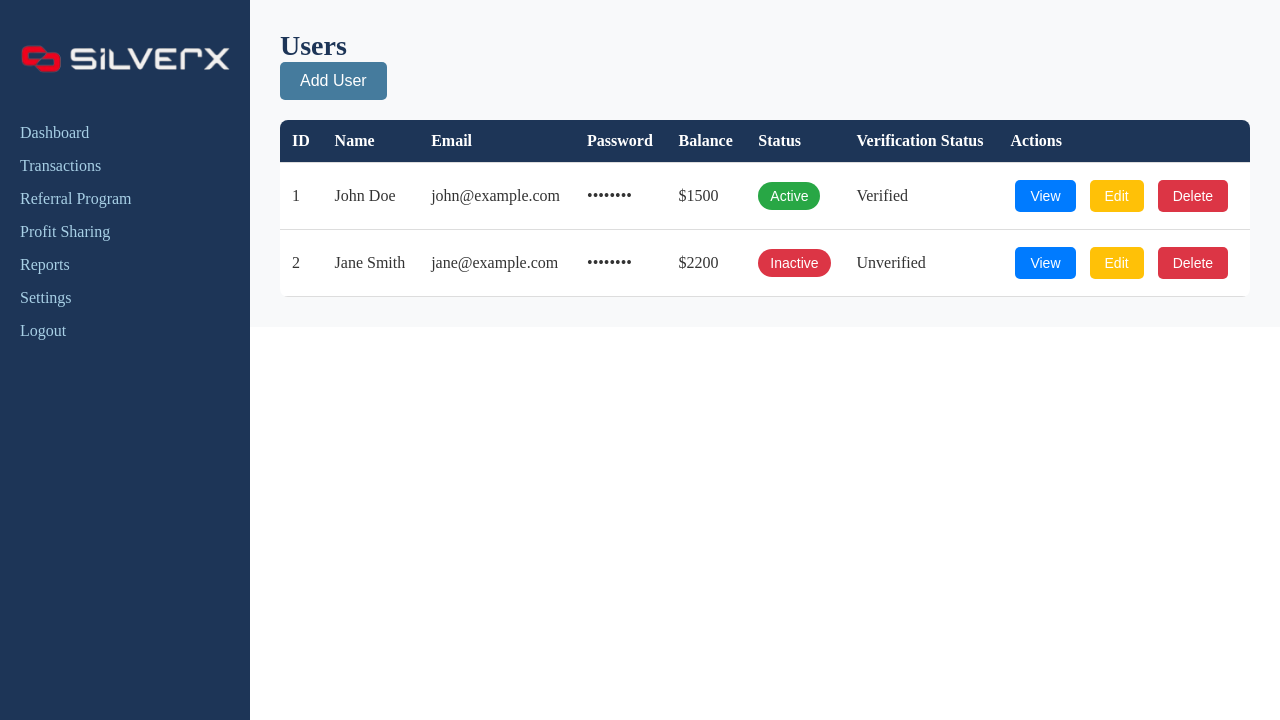
Repository: 2025silverx/slivedrX
Page: index.html
An editor plug-in stored every save of this project. The page is shown before and after the next save, followed by the edit.
The browser window is 1280 px wide. The pictures show the whole page.

Above is the page before, as saved 2025-01-19 21:02:49.

### index.html
<!DOCTYPE html>
<html lang="en">
<head>
    <meta charset="UTF-8">
    <meta name="viewport" content="width=device-width, initial-scale=1.0">
    <title>Admin Panel - Users</title>
    <link rel="stylesheet" href="style.css">
</head>
<body>
    <div id="sidebar-container">
        <div class="sidebar">
            <img src="images/logo.png" alt="Sidebar Logo" class="sidebar-logo">
            <ul class="sidebar-links">
                <li><a href="index.html" class="sidebar-link" data-target="dashboard">Dashboard</a></li>
                <li><a href="index2.html" class="sidebar-link" data-target="transactions">Transactions</a></li>
                <li><a href="indesx3.html" class="sidebar-link" data-target="reports">Referral Program</a></li>
                <li><a href="index4.html" class="sidebar-link" data-target="users">Profit Sharing</a></li>
                <li><a href="index5.html" class="sidebar-link" data-target="reports">Reports</a></li>
                <li><a href="setting.html" class="sidebar-link" data-target="settings">Settings</a></li>
                <li><a href="login.html" class="sidebar-link" data-target="logout">Logout</a></li>
            </ul>
        </div>
    </div>

    <div class="main-content">
        <h1>Users</h1>
        <button onclick="addUser()" class="add-user-btn">Add User</button>
        <table class="full-width-table">
            <thead>
                <tr>
                    <th>ID</th>
                    <th>Name</th>
                    <th>Email</th>
                    <th>Password</th>
                    <th>Balance</th>
                    <th>Status</th>
                    <th>Verification Status</th>
                    <th>Actions</th>
                </tr>
            </thead>
            <tbody id="userTable">
                <tr>
                    <td>1</td>
                    <td>John Doe</td>
                    <td>john@example.com</td>
                    <td>••••••••</td>
                    <td>$1500</td>
                    <td><button class="status-btn active" onclick="toggleStatus(this)">Active</button></td>
                    <td>Verified</td>
                    <td>
                        <button class="action-btn view" onclick="viewUser(1)">View</button>
                        <button class="action-btn edit" onclick="editUser(1)">Edit</button>
                        <button class="action-btn delete" onclick="deleteUser(1)">Delete</button>
                    </td>
                </tr>
                <tr>
                    <td>2</td>
                    <td>Jane Smith</td>
                    <td>jane@example.com</td>
                    <td>••••••••</td>
                    <td>$2200</td>
                    <td><button class="status-btn inactive" onclick="toggleStatus(this)">Inactive</button></td>
                    <td>Unverified</td>
                    <td>
                        <button class="action-btn view" onclick="viewUser(2)">View</button>
                        <button class="action-btn edit" onclick="editUser(2)">Edit</button>
                        <button class="action-btn delete" onclick="deleteUser(2)">Delete</button>
                    </td>
                </tr>
            </tbody>
        </table>

        <!-- Hidden Edit User Form -->
        <div id="edit-form-container" class="edit-form" style="display: none;">
            <h2>Edit User</h2>
            <form id="edit-form">
                <input type="text" id="edit-name" placeholder="Name" required>
                <input type="email" id="edit-email" placeholder="Email" required>
                <input type="text" id="edit-password" placeholder="Password" required>
                <input type="number" id="edit-balance" placeholder="Balance" required>
                <button type="submit">Save Changes</button>
                <button type="button" onclick="closeEditForm()">Cancel</button>
            </form>
        </div>
    </div>

    <script>
        function addUser() {
            alert('Add User button clicked.');
        }

        function viewUser(id) {
            alert(`Viewing details for User ID: ${id}`);
        }

        function editUser(id) {
            const name = document.getElementById('edit-name');
            const email = document.getElementById('edit-email');
            const password = document.getElementById('edit-password');
            const balance = document.getElementById('edit-balance');

            // Mock data for simplicity
            name.value = `User ${id}`;
            email.value = `user${id}@example.com`;
            password.value = 'examplePassword'; // Display the actual password
            balance.value = 1500;

            // Show the form
            document.getElementById('edit-form-container').style.display = 'block';
        }

        function deleteUser(id) {
            const confirmDelete = confirm(`Are you sure you want to delete User ID: ${id}?`);
            if (confirmDelete) {
                alert(`User ID: ${id} deleted.`);
            }
        }

        function toggleStatus(button) {
            if (button.classList.contains('active')) {
                button.classList.remove('active');
                button.classList.add('inactive');
                button.textContent = 'Inactive';
            } else {
                button.classList.remove('inactive');
                button.classList.add('active');
                button.textContent = 'Active';
            }
        }

        function closeEditForm() {
            document.getElementById('edit-form-container').style.display = 'none';
        }

        document.getElementById('edit-form').addEventListener('submit', function (event) {
            event.preventDefault();
            alert('Changes saved!');
            document.getElementById('edit-form-container').style.display = 'none';
        });
    </script>
</body>
</html>

### style.css
/* Reset some default styles */
* {
    margin: 0;
    padding: 0;
    box-sizing: border-box;
}

/* Sidebar styles */
#sidebar-container {
    width: 250px;
    height: 100vh;
    position: fixed;
    background-color: #1d3557; /* Bluish background */
    color: white;
    padding: 20px;
    display: flex;
    flex-direction: column;
    justify-content: space-between;
}

.sidebar-logo {
    width: 100%;
    margin-bottom: 30px;
}

.sidebar-links {
    list-style-type: none;
    padding: 0;
}

.sidebar-link {
    text-decoration: none;
    color: #a8d0e6; /* Lighter bluish text */
    font-size: 16px;
    display: block;
    margin-bottom: 15px;
    transition: 0.3s;
}

.sidebar-link:hover {
    color: #fff;
}

/* Main content styles */
.main-content {
    margin-left: 250px;
    padding: 30px;
    background-color: #f8f9fa;
}

h1 {
    font-size: 28px;
    color: #1d3557;
}

/* Add User Button Styles */
.add-user-btn {
    background-color: #457b9d;
    color: white;
    border: none;
    padding: 10px 20px;
    border-radius: 5px;
    font-size: 16px;
    cursor: pointer;
    transition: background-color 0.3s;
}

.add-user-btn:hover {
    background-color: #1d3557;
}

/* Table Styles */
table {
    width: 100%;
    border-collapse: collapse;
    margin-top: 20px;
    border-radius: 8px;
    overflow: hidden;
}

th, td {
    padding: 12px;
    text-align: left;
    border-bottom: 1px solid #ddd;
}

th {
    background-color: #1d3557;
    color: white;
}

td {
    background-color: #fff;
    color: #333;
}

/* Status button styles */
.status-btn {
    padding: 6px 12px;
    border-radius: 20px;
    color: white;
    font-size: 14px;
    cursor: pointer;
    border: none;
}

.status-btn.active {
    background-color: #28a745;
}

.status-btn.inactive {
    background-color: #dc3545;
}

/* Action button styles */
.action-btn {
    padding: 8px 15px;
    border: none;
    cursor: pointer;
    margin: 5px;
    border-radius: 5px;
    font-size: 14px;
}

.action-btn.view {
    background-color: #007bff;
    color: white;
}

.action-btn.edit {
    background-color: #ffc107;
    color: white;
}

.action-btn.delete {
    background-color: #dc3545;
    color: white;
}

.action-btn.show-password {
    background-color: #007bff;
    color: white;
}

After the next save:
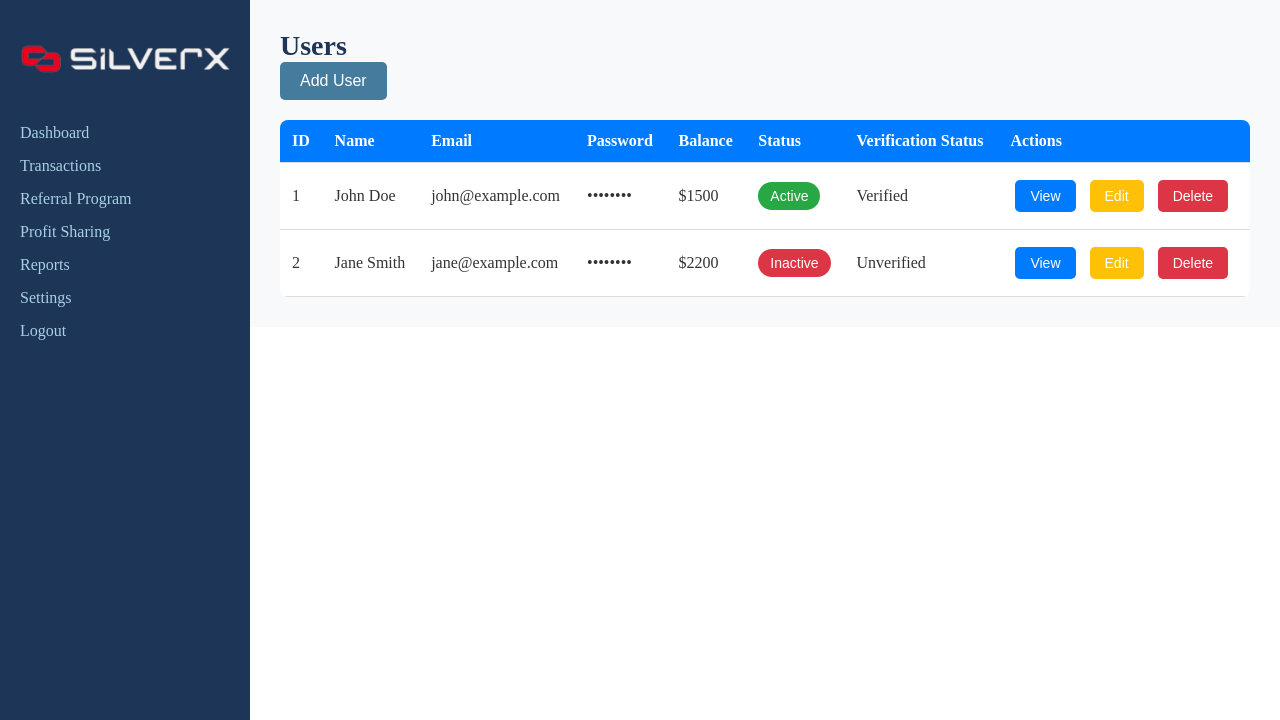
Saved 23 s later.
--- a/style.css
+++ b/style.css
@@ -85,7 +85,7 @@ th, td {
 }
 
 th {
-    background-color: #1d3557;
+    background-color: #007bff;
     color: white;
 }
 
